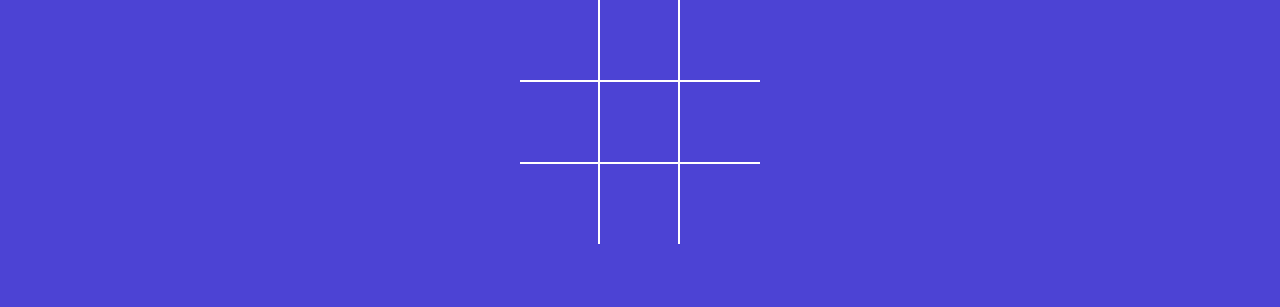
Repository: NoobAjay/tictactoe-game
Page: /
These files come from the project's save history. The page is drawn as it stood at one moment and after the next save; the edit follows.
The browser window is 1280 px wide. The pictures show the whole page.
The project was rebuilt for these pictures with package versions that can differ from the ones it lists, and the page was loaded fresh each time. Also part of the build but not shown: vite.config.js.

Above is the page before, as saved 2023-03-22 12:12:29.

After the next save:
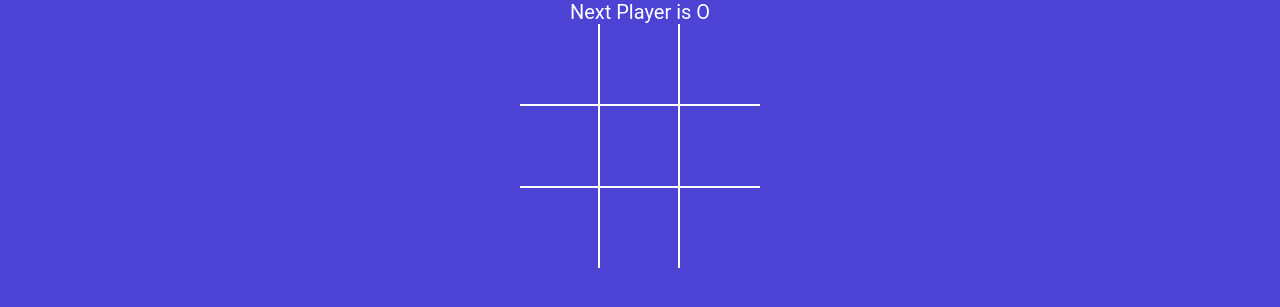
Saved 2 min 54 s later.
--- a/src/components/StatusMessage.jsx
+++ b/src/components/StatusMessage.jsx
@@ -11,7 +11,7 @@ const StatusMessage = ({ winner, isXNext, squares }) => {
     if (!winner && noMovesLeft) {
       return <div> O and X tied</div>;
     }
-    if (!winner && noMovesLeft) {
+    if (!winner && !noMovesLeft) {
       return <div>Next Player is {nextPlayer}</div>;
     }
     return null;
